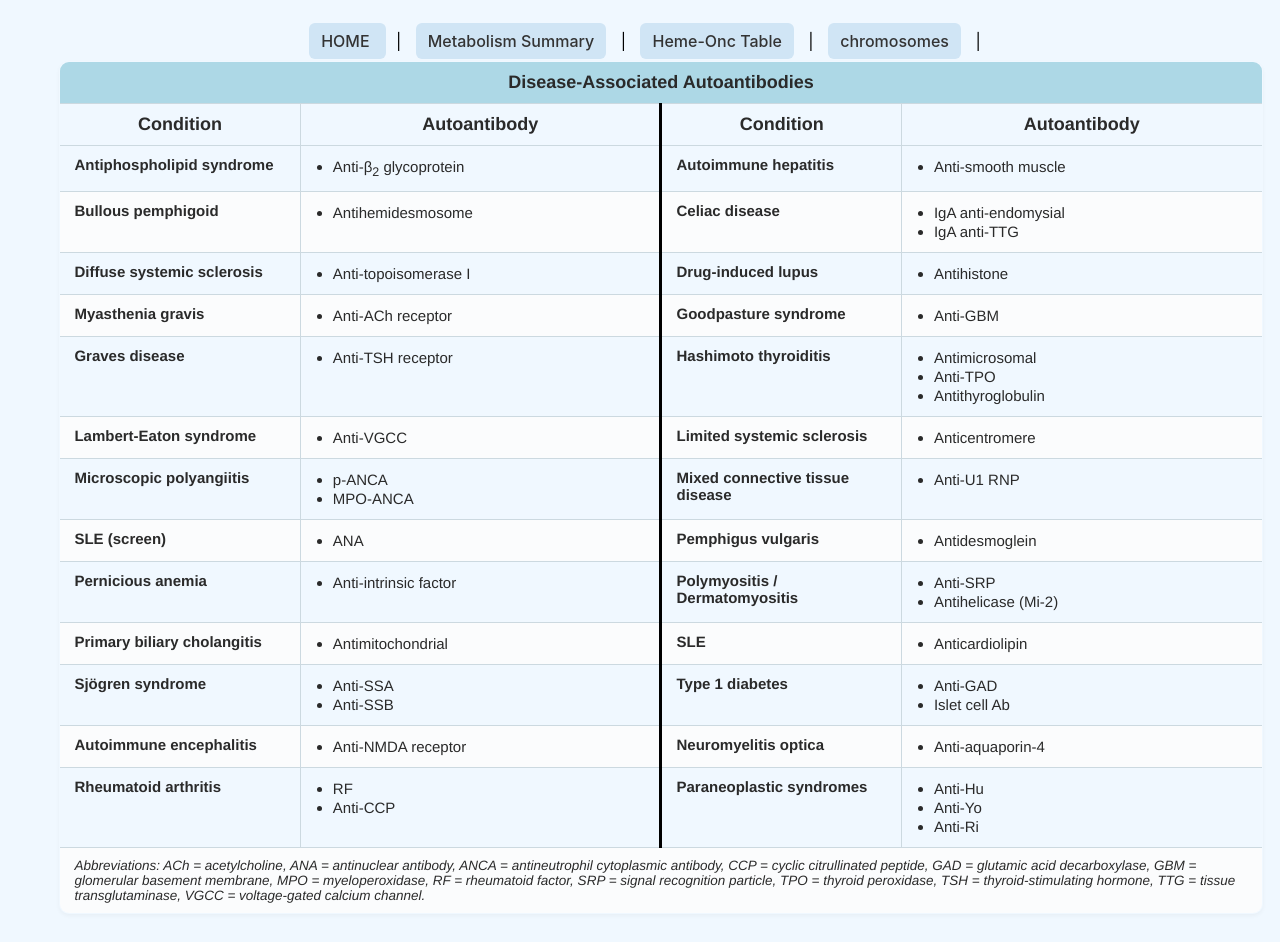
Repository: sharperdragon/STEVEL-1-Summaries
Page: subdex/autoantibodies.html
These files come from the project's save history. The page is drawn as it stood at one moment and after the next save; the edit follows.
The browser window is 1280 px wide. The pictures show the whole page.

Above is the page before, as saved 2025-05-19 07:19:40.

After the next save:
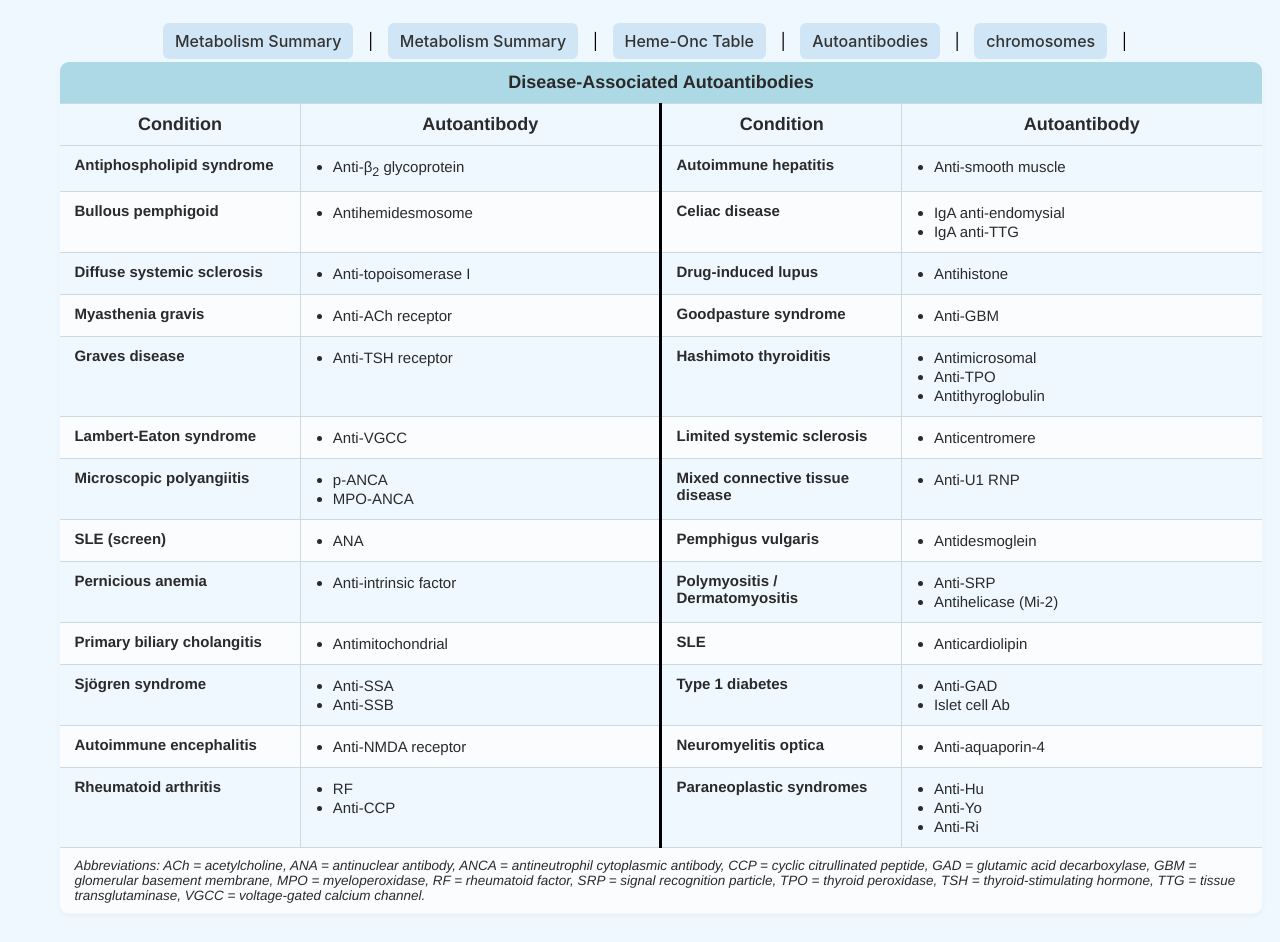
Saved 5 s later.
--- a/subdex/autoantibodies.html
+++ b/subdex/autoantibodies.html
@@ -10,9 +10,10 @@
 
 <body>
   <nav style="margin: 10px 0; text-align: center;">
-  <a href="index.html" class="nav-link"> HOME </a>   |
+  <a href="subdex/metabolism.html" class="nav-link">Metabolism Summary</a>   |
     <a href="subdex/metabolism.html" class="nav-link">Metabolism Summary</a> |
   <a href="subdex/hemeonc.html" class="nav-link">Heme-Onc Table</a> |
+  <a href="subdex/autoantibodies.html" class="nav-link">Autoantibodies</a> |
   <a href="subdex/chromosomes.html" class="nav-link">chromosomes</a> |
 </nav>
 <div class="table-responsive">

After the save that followed:
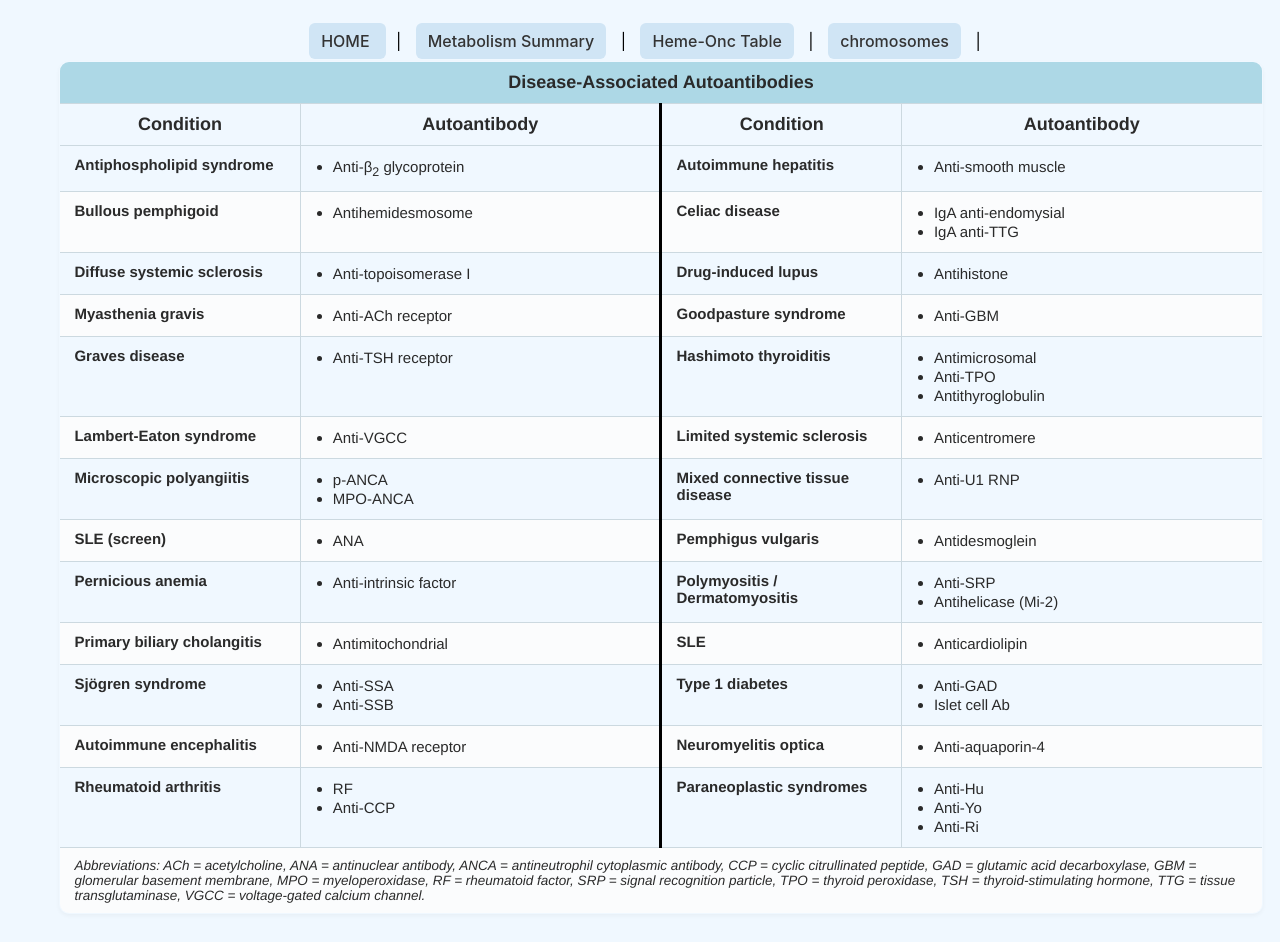
Saved 8 s later.
--- a/subdex/autoantibodies.html
+++ b/subdex/autoantibodies.html
@@ -10,10 +10,9 @@
 
 <body>
   <nav style="margin: 10px 0; text-align: center;">
-  <a href="subdex/metabolism.html" class="nav-link">Metabolism Summary</a>   |
+  <a href="index.html" class="nav-link"> HOME </a>   |
     <a href="subdex/metabolism.html" class="nav-link">Metabolism Summary</a> |
   <a href="subdex/hemeonc.html" class="nav-link">Heme-Onc Table</a> |
-  <a href="subdex/autoantibodies.html" class="nav-link">Autoantibodies</a> |
   <a href="subdex/chromosomes.html" class="nav-link">chromosomes</a> |
 </nav>
 <div class="table-responsive">
